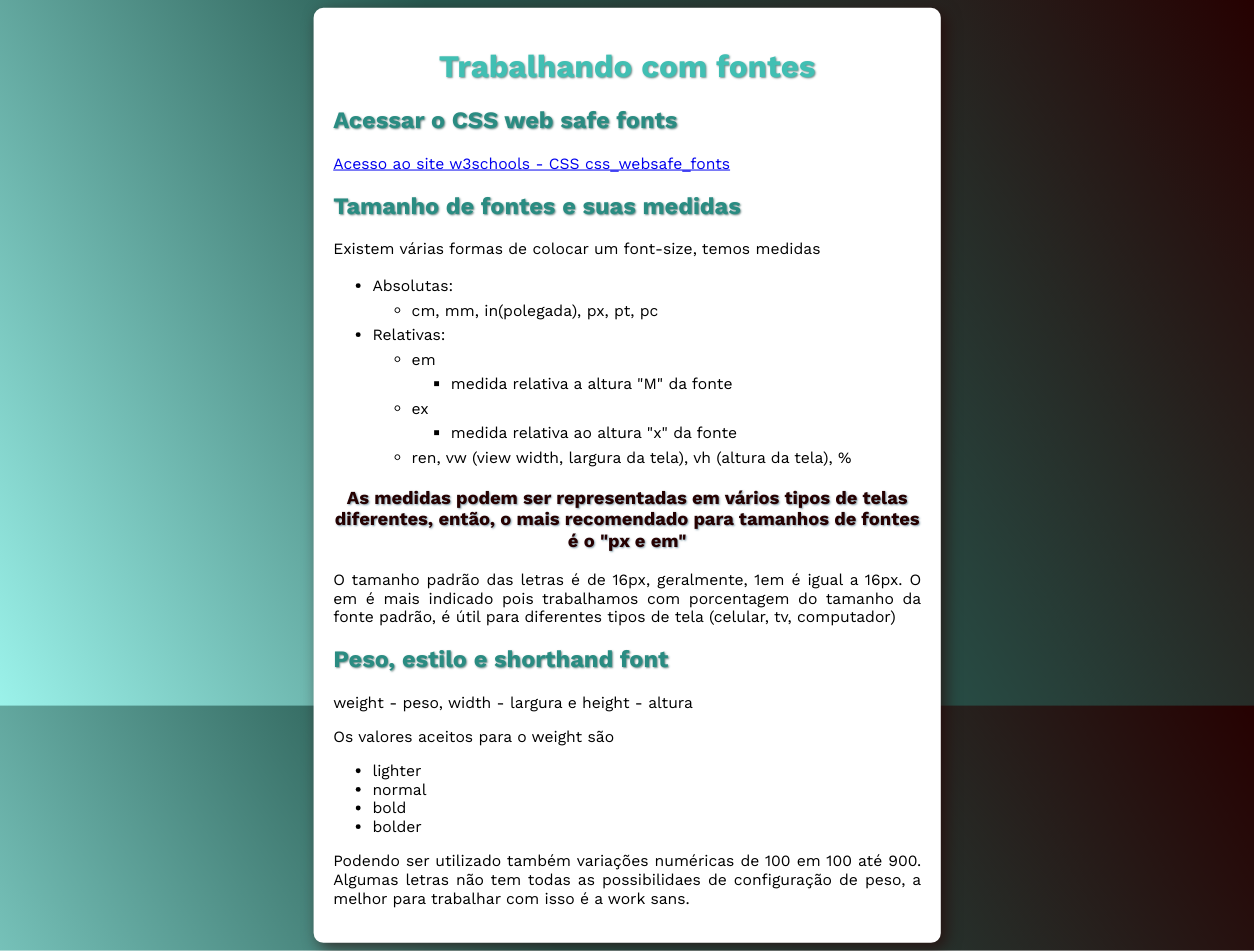
Repository: Willcmorais/vscode-workspace
Page: html-css/curso-em-video/modulo02/estudos/ex022-trab-fontes/fontes.html
An editor plug-in stored every save of this project. The page is shown before and after a run of saves, followed by the edit.
The browser window is 1280 px wide. The pictures show the whole page, at 98% of full size.
Backgrounds fixed to the window are drawn as part of the page.

Above is the page before, as saved 2024-09-18 21:06:43.

### html-css/curso-em-video/modulo02/estudos/ex022-trab-fontes/fontes.html
<!DOCTYPE html>
<html lang="pt-br">

<head>
    <meta charset="UTF-8">
    <meta name="viewport" content="width=device-width, initial-scale=1.0">
    <link rel="stylesheet" href="style.css">
    <title>Fontes em CSS</title>
    <style>
        @import url('https://fonts.googleapis.com/css2?family=Work+Sans:ital,wght@0,100;0,200;0,300;0,400;0,500;0,600;0,700;0,800;0,900;1,100;1,200;1,300;1,400;1,500;1,600;1,700;1,800;1,900&display=swap');

        body {
            font-size: 1em;
            font-weight: 400;
        }

        div {
            /*distancia entre linhas*/
            line-height: 25px;
        }
    </style>

</head>

<body>

</body>
<main>
    <h1>Trabalhando com fontes</h1>
    <h2>Acessar o CSS web safe fonts</h2>
    <a target="_blank" rel="content" href="https://www.w3schools.com/csSref/css_websafe_fonts.php">Acesso ao site
        w3schools - CSS css_websafe_fonts</a>
    <h2>Tamanho de fontes e suas medidas</h2>
    <p>Existem várias formas de colocar um font-size, temos medidas</p>
    <div class="list1">
        <ul>
            <li>Absolutas:</li>
            <ul>
                <li>cm, mm, in(polegada), px, pt, pc</li>
            </ul>
            <li>Relativas:</li>
            <ul>
                <li>em <ul>
                        <li>medida relativa a altura "M" da fonte</li>
                    </ul>
                </li>
                <li>ex <ul>
                        <li>medida relativa ao altura "x" da fonte</li>
                    </ul>
                </li>
            </ul>
            <ul>
                <li>ren, vw (view width, largura da tela), vh (altura da tela), %</li>
            </ul>
        </ul>
    </div>
    <h3>As medidas podem ser representadas em vários tipos de telas diferentes, então, o mais recomendado para tamanhos
        de fontes é o "px e em"</h3>
    <p>O tamanho padrão das letras é de 16px, geralmente, 1em é igual a 16px. O em é mais indicado pois trabalhamos com
        porcentagem do tamanho da fonte padrão, é útil para diferentes tipos de tela (celular, tv, computador)</p>
    <h2>Peso, estilo e shorthand font</h2>
    <p>weight - peso, width - largura e height - altura</p>
    <p>Os valores aceitos para o weight são</p>
    <ul>
        <li>lighter</li>
        <li>normal</li>
        <li>bold</li>
        <li>bolder</li>
    </ul>
    <p>Podendo ser utilizado também variações numéricas de 100 em 100 até 900. Algumas letras não tem todas as
        possibilidaes de configuração de peso, a melhor para trabalhar com isso é a work sans.</p>

</main>

</html>

### html-css/curso-em-video/modulo02/estudos/ex022-trab-fontes/style.css
@charset "utf8";

* {
    /*safe combination, ele usa a primeira letra q achar*/
    font-family: 'Work Sans';
}

body {
    background-image: linear-gradient(-120deg, #260101,#275950, #9BF2EA);
    background-attachment: fixed;
}

img {
    /* As imagens são inline por padrão, então precisamos torná-las block */
    display: block;
    /* Centraliza horizontalmente */
    margin: 0 auto;
}

main {
    background-color: white;
    /*arredonda as bordas*/
    border-radius: 10px;
    /*1 parametro é o lado da sombra, 2 é para baixo, 3 é o quanto espalha e 4 o quanto de transparência tem(ou cor)*/
    box-shadow: 5px 5px 15px rgba(38, 1, 1, 0.619);
    /*largura do recorte*/
    width: 600px;
    /*distancia das bordas com o conteúdo*/
    padding: 20px;
    /*altera automaticamente a margem para o centro da tela*/
    margin: auto;
}

h1 {
    text-align: center;
    color: #41BFB3;
    /*mesmos parametros para o box-shadow*/
    text-shadow: 1px 1px 2px rgba(28, 80, 75, 0.644);
}

h2 {
    color: #2A8C82;
    text-shadow: 1px 1px 2px #154641a1;
}

h3 {
    text-align: center;
    color: #260101;
    text-shadow: 1px 1px 2px #0d455d83;
}

p {
    text-align: justify;
}

After the next 2 saves:
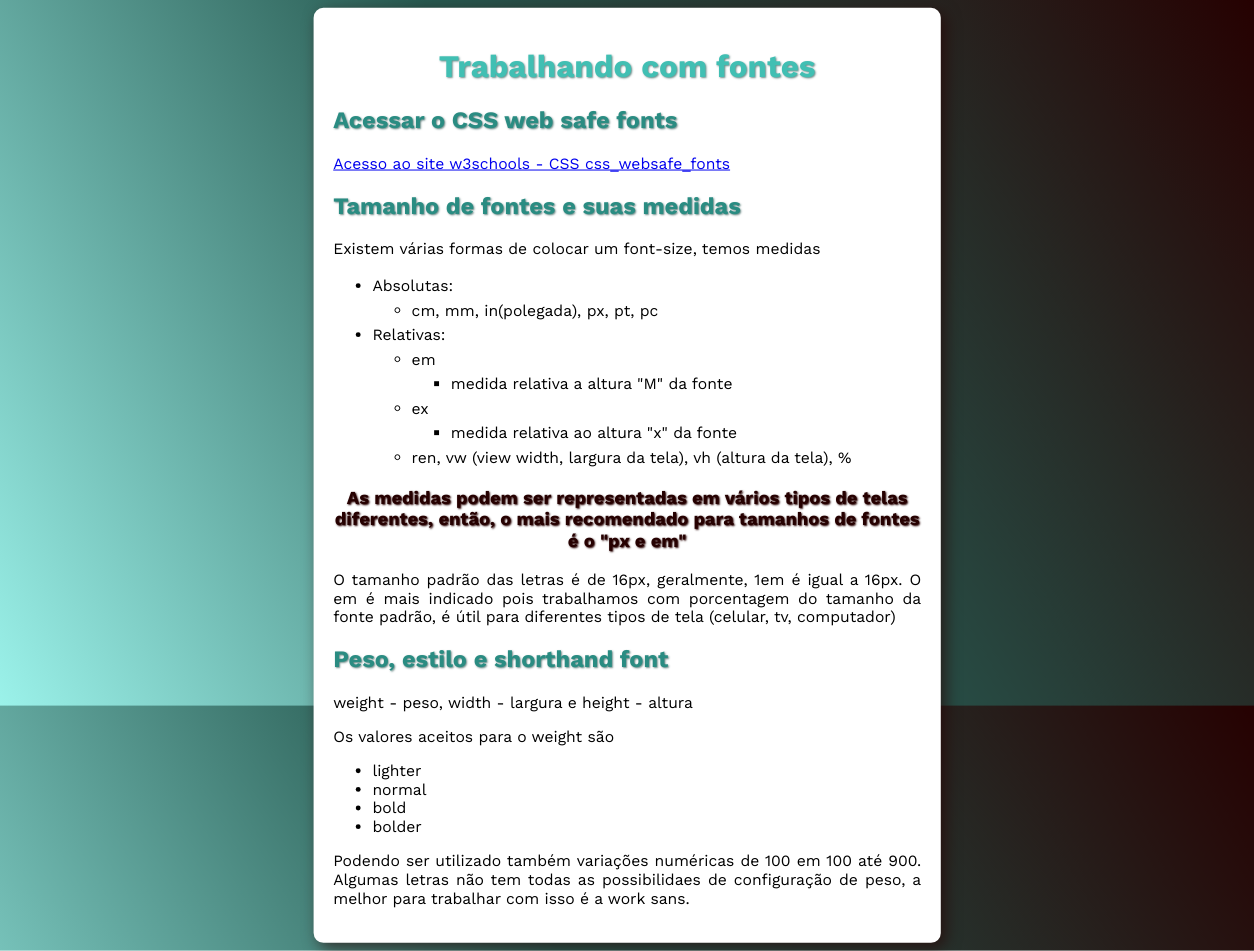
The 2 saves are shown as one change because they came seconds apart.
The last was saved 8 s later.
--- a/html-css/curso-em-video/modulo02/estudos/ex022-trab-fontes/style.css
+++ b/html-css/curso-em-video/modulo02/estudos/ex022-trab-fontes/style.css
@@ -46,7 +46,7 @@ h2 {
 h3 {
     text-align: center;
     color: #260101;
-    text-shadow: 1px 1px 2px #0d455d83;
+    text-shadow: 1px 1px 2px #260101;
 }
 
 p {
